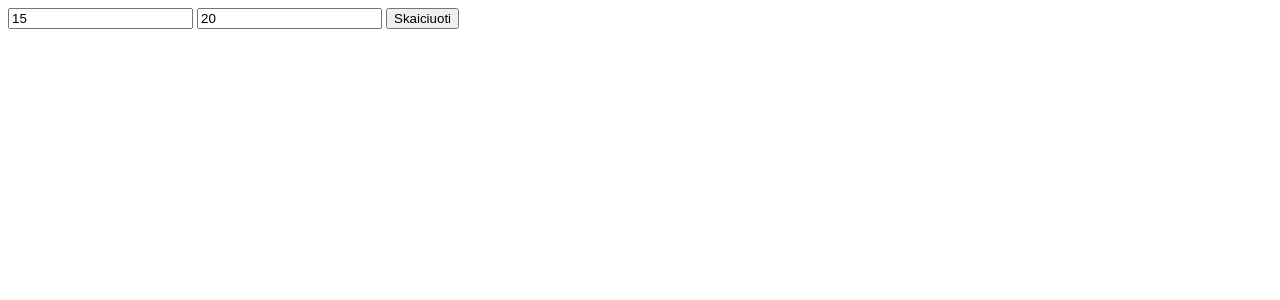
Repository: motiejus1/11-paskaita-PHP-05.31
Page: http://localhost/skaiciuotuvas.php
An editor plug-in stored every save of this project. The page is shown before and after the next save, followed by the edit.
The browser window is 1280 px wide. The pictures show the whole page.
The page is run by PHP 8.4 with error messages shown; the project is at /var/www/html/.

Above is the page before, as saved 2021-08-09 20:19:51.

After the next save:
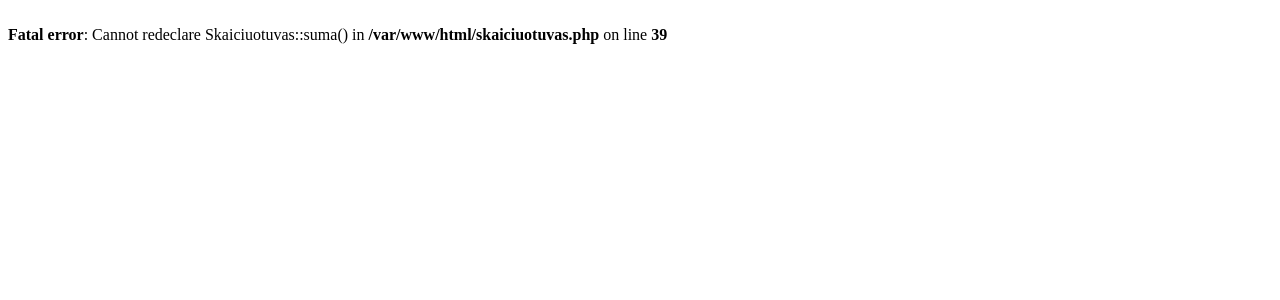
Saved 6 s later.
--- a/skaiciuotuvas.php
+++ b/skaiciuotuvas.php
@@ -36,6 +36,9 @@
 
     }
 
+    function suma() {
+
+    }
 
 }
 

After the 2 saves that followed:
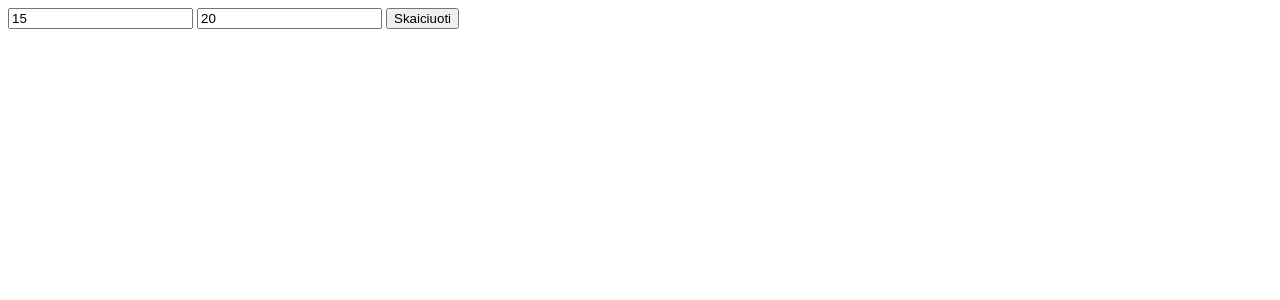
The 2 saves are shown as one change because they came seconds apart.
The last was saved 9 s later.
--- a/skaiciuotuvas.php
+++ b/skaiciuotuvas.php
@@ -36,9 +36,11 @@
 
     }
 
-    function suma() {
+    function atimtis() {
 
     }
+
+
 
 }
 
